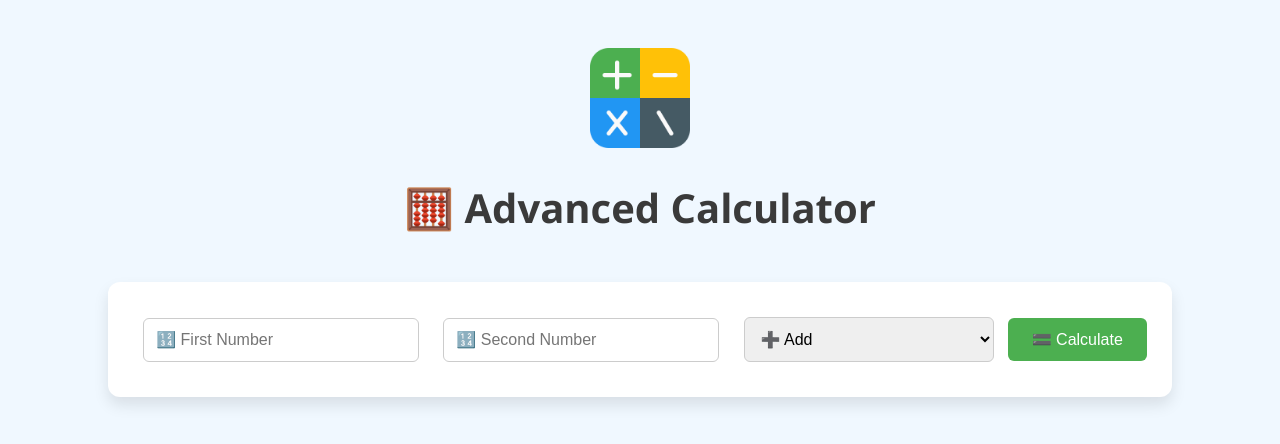
Repository: Shivamupa48/Java-Servlet-Project-
Page: http://localhost/MyWebCalc/index.jsp
These files come from the project's save history. The page is drawn as it stood at one moment and after the next save; the edit follows.
The browser window is 1280 px wide. The pictures show the whole page.
The page is served by Tomcat 10.

Above is the page before, as saved 2025-07-28 06:19:40.

After the next save:
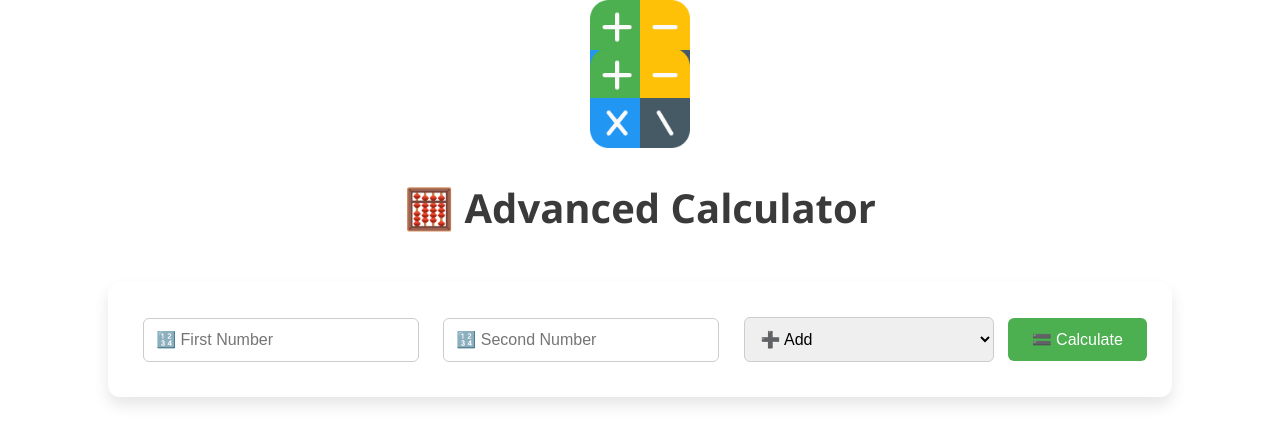
Saved 2 s later.
--- a/MyWebCalc/src/main/webapp/style.css
+++ b/MyWebCalc/src/main/webapp/style.css
@@ -4,6 +4,8 @@
     text-align: center;
     padding: 40px;
     color: #333;
+    background: url("images/calculator.png") no-repeat top center;
+    background-size: 100px;
 }
 
 h1 {

After the save that followed:
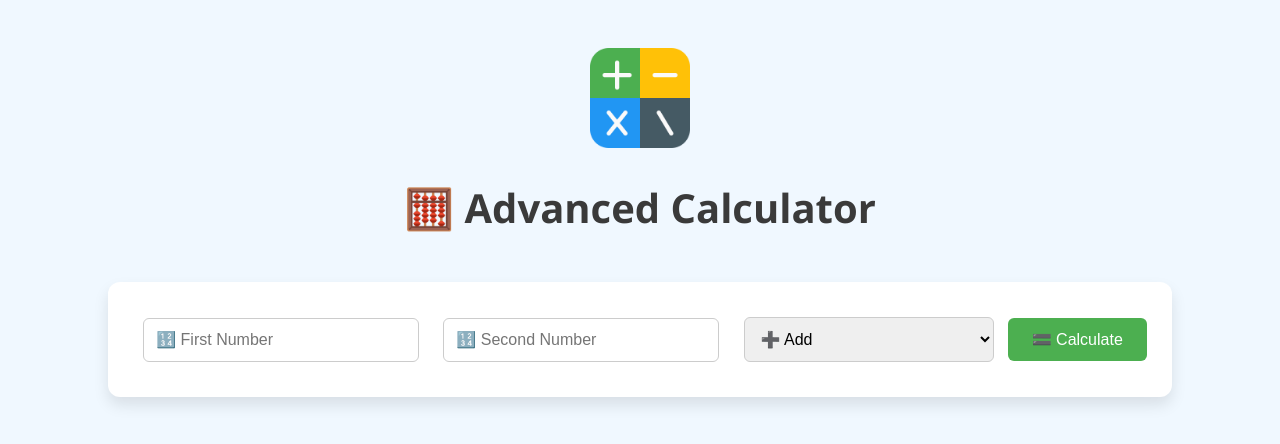
Saved 42 s later.
--- a/MyWebCalc/src/main/webapp/style.css
+++ b/MyWebCalc/src/main/webapp/style.css
@@ -4,8 +4,7 @@
     text-align: center;
     padding: 40px;
     color: #333;
-    background: url("images/calculator.png") no-repeat top center;
-    background-size: 100px;
+
 }
 
 h1 {
